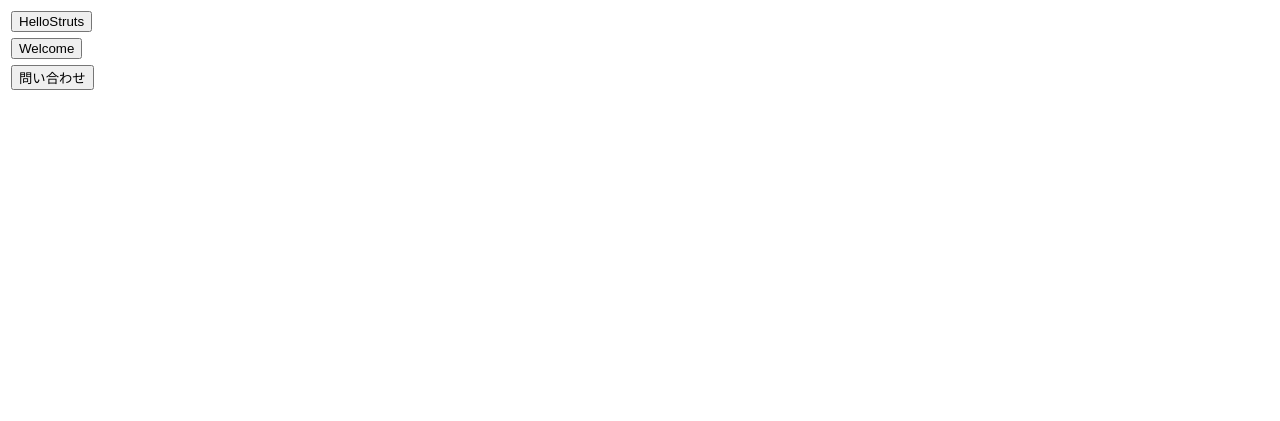
Repository: Syouiti13/test
Page: http://localhost/WebProj5/
These files come from the project's save history. The page is drawn as it stood at one moment and after the next save; the edit follows.
The browser window is 1280 px wide. The pictures show the whole page.
The page is served by Tomcat 9.

Above is the page before, as saved 2019-02-27 02:32:55.

After the next save:
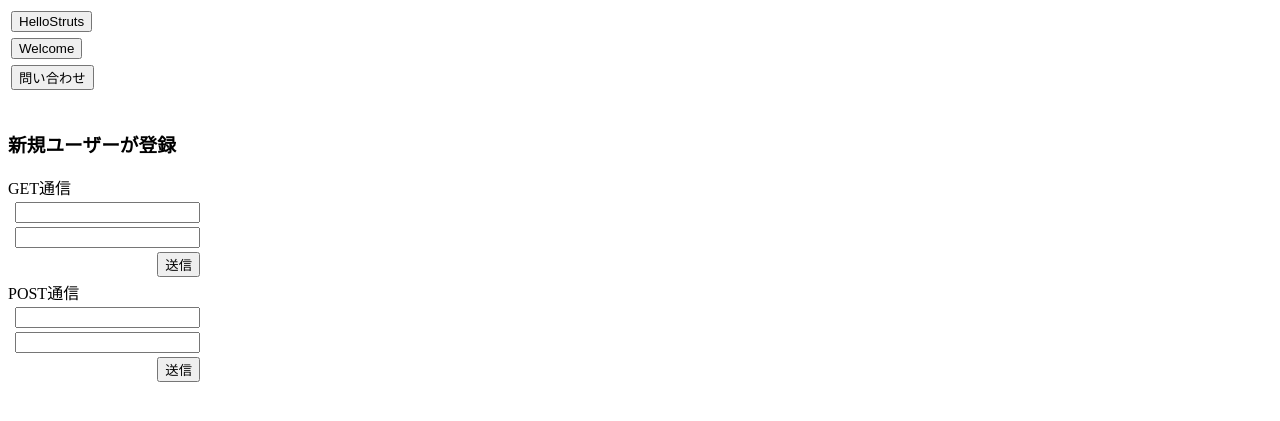
Saved 2 h 45 min later.
--- a/WebProj5/WebContent/index.jsp
+++ b/WebProj5/WebContent/index.jsp
@@ -19,5 +19,19 @@
 	<s:form action="InquiryAction">
 		<s:submit value="問い合わせ" />
 	</s:form>
+	<br>
+	<h3>新規ユーザーが登録</h3>
+	GET通信
+	<s:form method="get" action="TestAction">
+		<s:textfield name="username" />
+		<s:password name="password" />
+		<s:submit value="送信" />
+	</s:form>
+	POST通信
+	<s:form method="post" action="TestAction">
+		<s:textfield name="username" />
+		<s:password name="password" />
+		<s:submit value="送信" />
+	</s:form>
 </body>
 </html>
